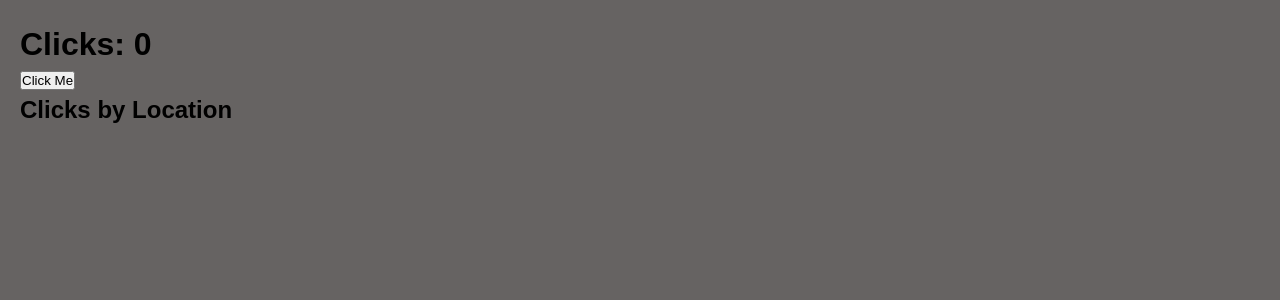
Repository: MeekyBerry/Chasing-Clicks
Page: / (app in chasing-clicks/)
These files come from the project's save history. The page is drawn as it stood at one moment and after the next save; the edit follows.
The browser window is 1280 px wide. The pictures show the whole page.
The project was rebuilt for these pictures with package versions that can differ from the ones it lists, and the page was loaded fresh each time.

Above is the page before, as saved 2023-04-14 18:19:53.

After the next save:
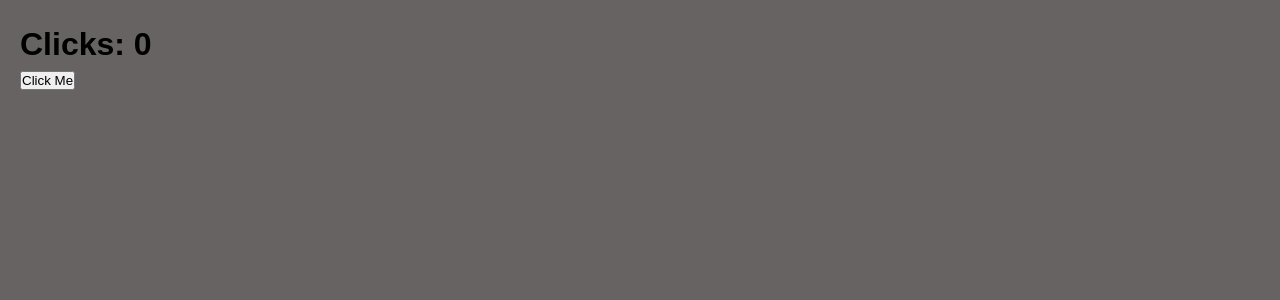
Saved 113 s later.
--- a/chasing-clicks/src/App.js
+++ b/chasing-clicks/src/App.js
@@ -70,15 +70,15 @@ return (
   <div className="app">
     <h1>Clicks: {count}</h1>
     <button onClick={incrementCount}>Click Me</button>
-    <h2>Clicks by Location</h2>
+    {/* <h2>Clicks by Location</h2>
     <ul>
       {Object.keys(clicksByLocation).map((country) => (
         <li key={country}>
           {/* {country}: {clicksByLocation[country]} */}
-        </li>
-      ))}
-    </ul>
-  </div>
+        {/* </li> */}
+      {/* // ))} */}
+    {/* </ul>  */}
+ </div>
 );
 }
 
